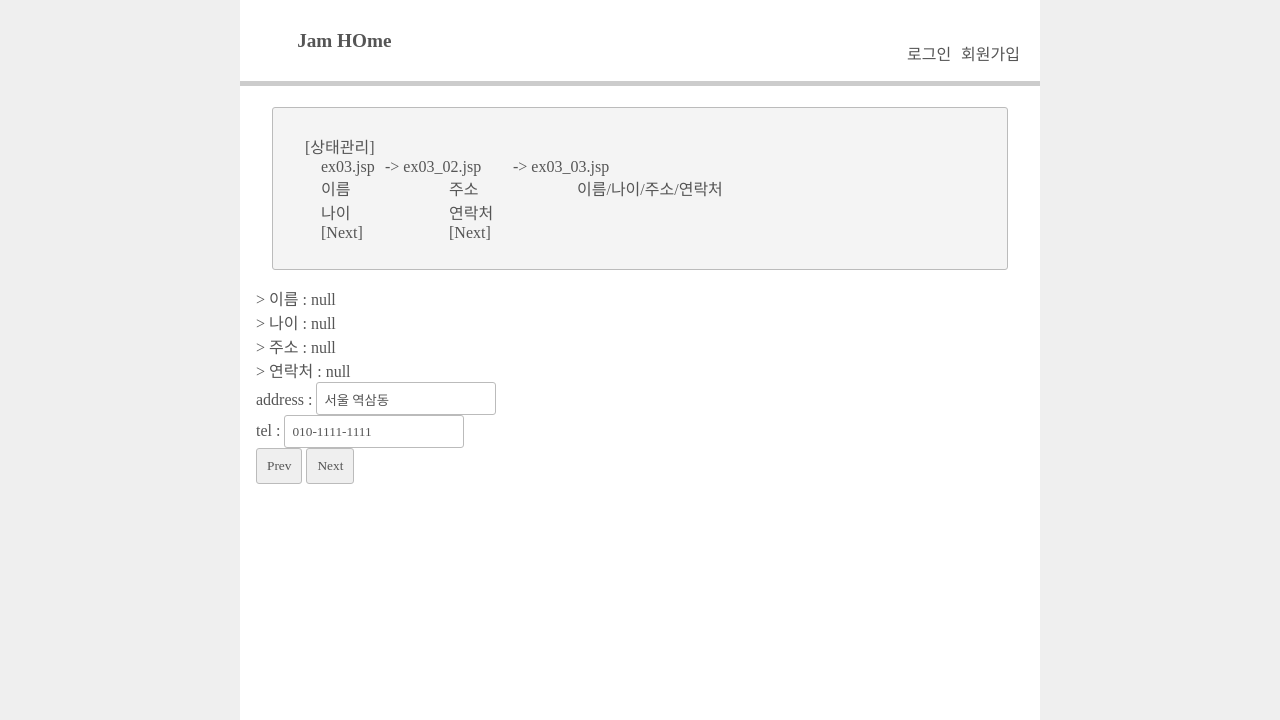
Repository: woals5636/JSPClass
Page: http://localhost/jspPro/days04/ex03_03.jsp
The author's editor kept a copy of each file at every save. The page is drawn from the files as they stood at one save, then again after the next save.
The browser window is 1280 px wide. The pictures show the whole page.
Some web fonts or font styles are not loaded; a fallback is used. The page is served by Tomcat 9.

Above is the page before, as saved 2024-10-18 06:09:34.

After the next save:
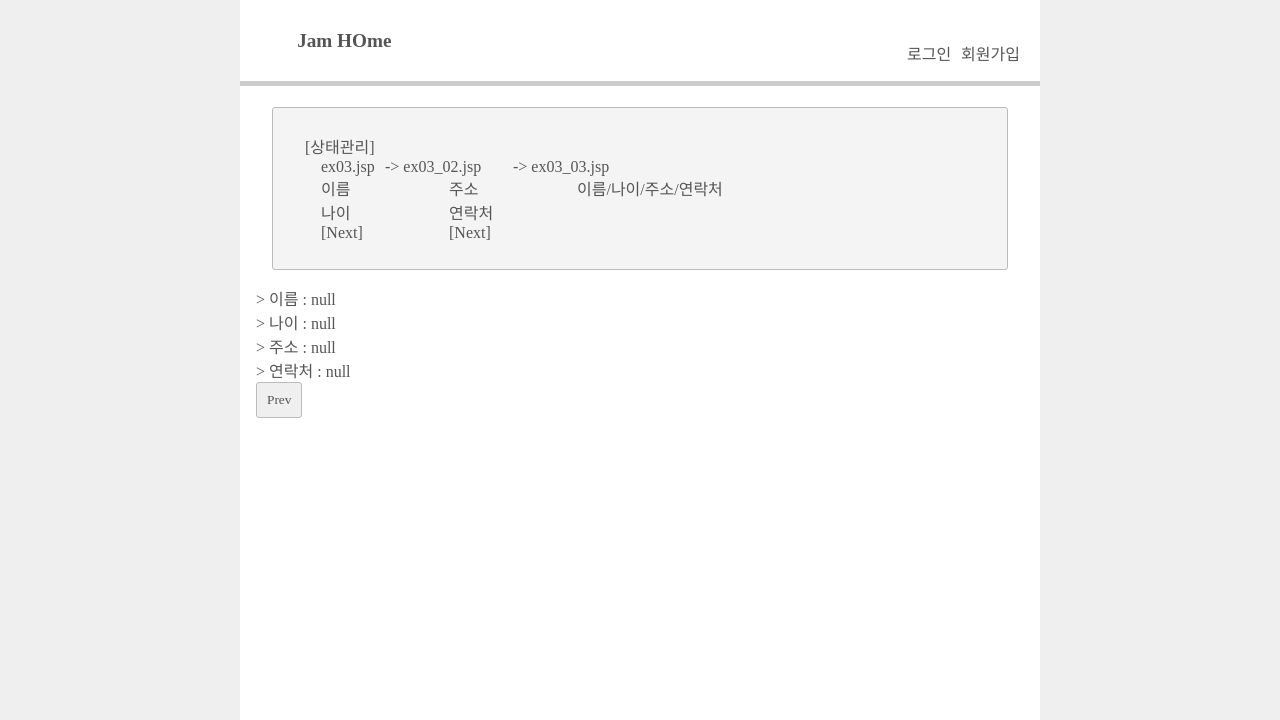
Saved 10 s later.
--- a/jspPro/src/main/webapp/days04/ex03_03.jsp
+++ b/jspPro/src/main/webapp/days04/ex03_03.jsp
@@ -47,12 +47,7 @@
   > 주소 : <%= address %><br>
   > 연락처 : <%= tel %><br>
 
-
-  <form action="ex03_03.jsp">
-  	address : <input type="text" name="address" value="서울 역삼동"><br>
-  	tel : <input type="text" name="tel" value="010-1111-1111"><br>
   	<input type="button" value="Prev" onclick="history.back()">
-  	<input type="submit" value="Next">
   </form>
 
 </div>
